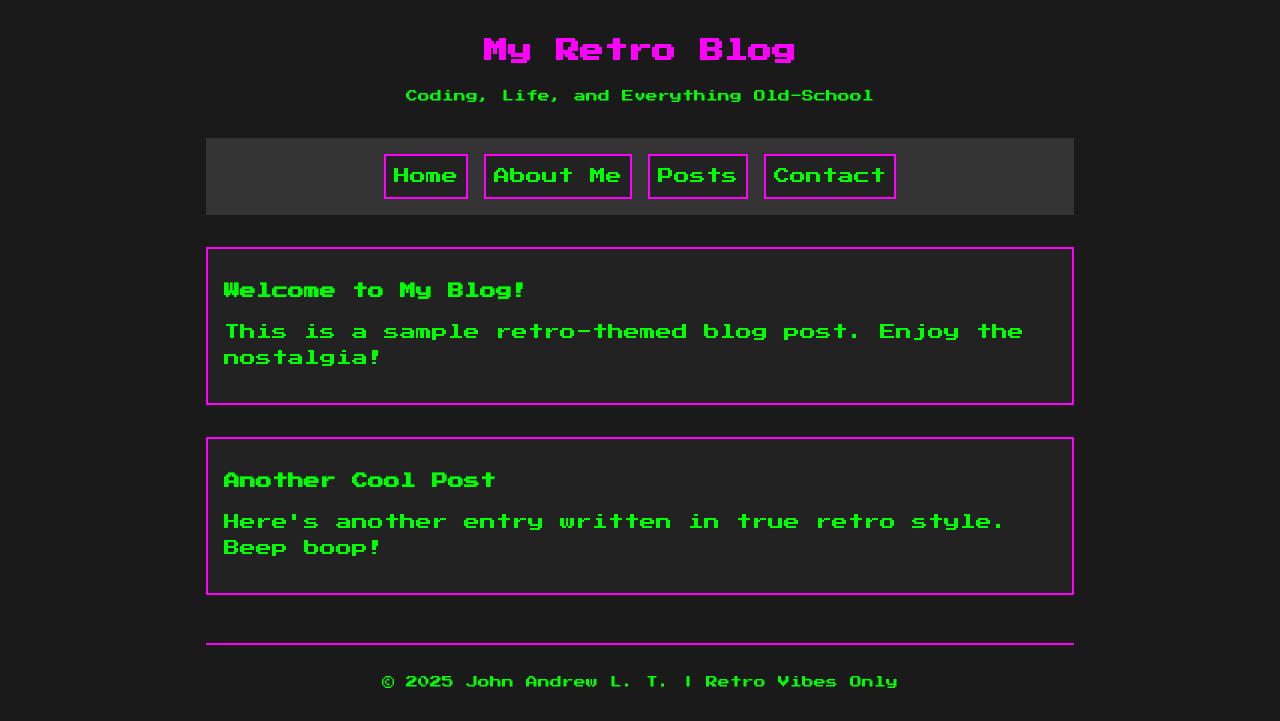
Repository: archarddeity/blog
Page: index.html
These files come from the project's save history. The page is drawn as it stood at one moment and after the next save; the edit follows.
The browser window is 1280 px wide. The pictures show the whole page.

Above is the page before, as saved 2025-05-04 17:38:15.

### index.html
<!DOCTYPE html>
<html lang="en">
<head>
  <meta charset="UTF-8" />
  <meta name="viewport" content="width=device-width, initial-scale=1.0"/>
  <title>My Retro Blog</title>
  <link rel="stylesheet" href="style.css" />
  <link href="https://fonts.googleapis.com/css2?family=Press+Start+2P&display=swap" rel="stylesheet">
</head>
<body>
  <div class="container">
    <header>
      <h1>My Retro Blog</h1>
      <p class="tagline">Coding, Life, and Everything Old-School</p>
    </header>

    <nav>
      <a href="#">Home</a>
      <a href="#">About Me</a>
      <a href="#">Posts</a>
      <a href="#">Contact</a>
    </nav>

    <main>
      <article>
        <h2>Welcome to My Blog!</h2>
        <p>This is a sample retro-themed blog post. Enjoy the nostalgia!</p>
      </article>

      <article>
        <h2>Another Cool Post</h2>
        <p>Here's another entry written in true retro style. Beep boop!</p>
      </article>
    </main>

    <footer>
      <p>&copy; 2025 John Andrew L. T. | Retro Vibes Only</p>
    </footer>
  </div>
</body>
</html>

### style.css
/* Retro Color Palette */
:root {
    --bg: #1a1a1a;
    --text: #00ff00;
    --accent: #ff00ff;
    --nav-bg: #333;
    --post-bg: #222;
  }

  * {
    box-sizing: border-box;
  }

  body {
    margin: 0;
    padding: 0;
    background-color: var(--bg);
    color: var(--text);
    font-family: 'Press Start 2P', monospace;
    line-height: 1.6;
  }

  .container {
    max-width: 900px;
    margin: auto;
    padding: 1rem;
  }

  header {
    text-align: center;
    margin-bottom: 2rem;
  }

  header h1 {
    font-size: 1.5rem;
    color: var(--accent);
  }

  .tagline {
    font-size: 0.75rem;
  }

  nav {
    background-color: var(--nav-bg);
    display: flex;
    flex-wrap: wrap;
    justify-content: center;
    gap: 1rem;
    padding: 1rem;
    margin-bottom: 2rem;
  }

  nav a {
    color: var(--text);
    text-decoration: none;
    padding: 0.5rem;
    background-color: var(--post-bg);
    border: 2px solid var(--accent);
  }

  main article {
    background-color: var(--post-bg);
    border: 2px solid var(--accent);
    padding: 1rem;
    margin-bottom: 2rem;
  }

  article h2 {
    font-size: 1rem;
    margin-bottom: 0.5rem;
  }

  footer {
    text-align: center;
    font-size: 0.75rem;
    margin-top: 3rem;
    border-top: 2px solid var(--accent);
    padding-top: 1rem;
  }

  /* Responsive Tweaks */
  @media (max-width: 600px) {
    header h1 {
      font-size: 1rem;
    }

    nav {
      flex-direction: column;
    }

    nav a {
      display: block;
      width: 100%;
      text-align: center;
    }

    article h2 {
      font-size: 0.9rem;
    }
  }

After the next save:
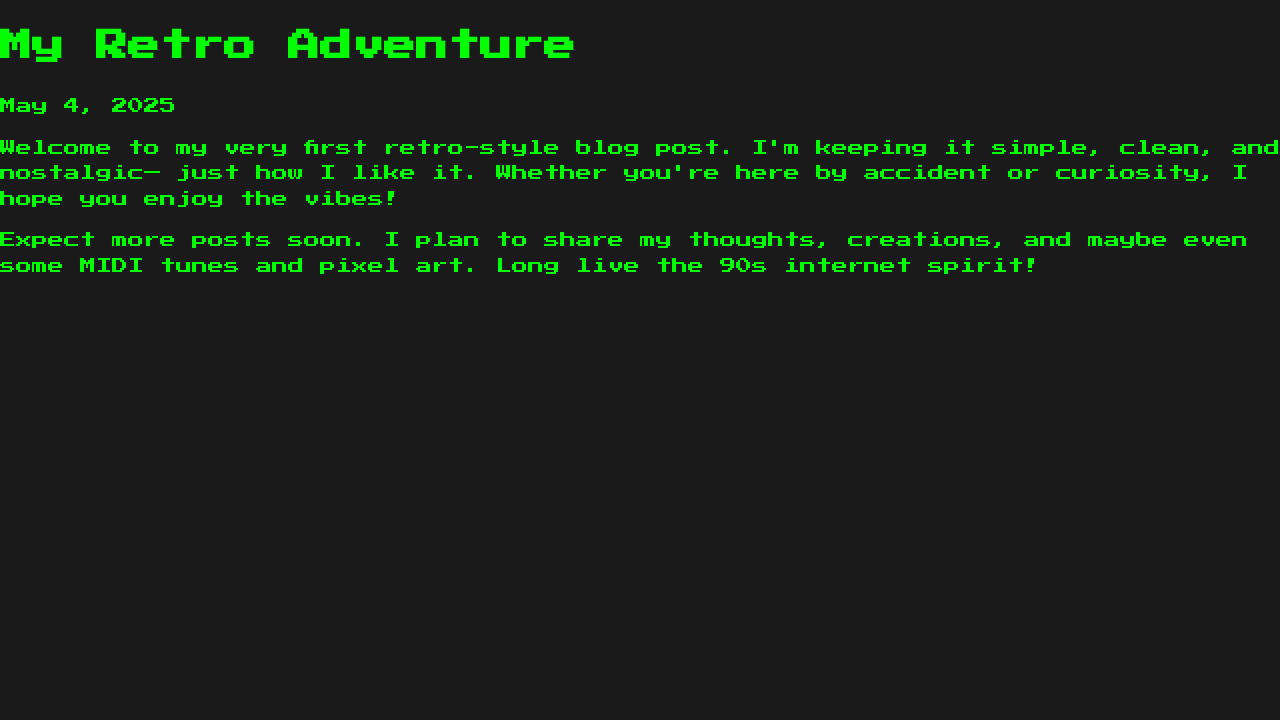
Saved 70 s later.
--- a/index.html
+++ b/index.html
@@ -3,39 +3,24 @@
 <head>
   <meta charset="UTF-8" />
   <meta name="viewport" content="width=device-width, initial-scale=1.0"/>
-  <title>My Retro Blog</title>
+  <title>My Retro Blog Post</title>
   <link rel="stylesheet" href="style.css" />
   <link href="https://fonts.googleapis.com/css2?family=Press+Start+2P&display=swap" rel="stylesheet">
 </head>
 <body>
-  <div class="container">
-    <header>
-      <h1>My Retro Blog</h1>
-      <p class="tagline">Coding, Life, and Everything Old-School</p>
-    </header>
-
-    <nav>
-      <a href="#">Home</a>
-      <a href="#">About Me</a>
-      <a href="#">Posts</a>
-      <a href="#">Contact</a>
-    </nav>
-
-    <main>
-      <article>
-        <h2>Welcome to My Blog!</h2>
-        <p>This is a sample retro-themed blog post. Enjoy the nostalgia!</p>
-      </article>
-
-      <article>
-        <h2>Another Cool Post</h2>
-        <p>Here's another entry written in true retro style. Beep boop!</p>
-      </article>
-    </main>
-
-    <footer>
-      <p>&copy; 2025 John Andrew L. T. | Retro Vibes Only</p>
-    </footer>
+  <div class="post-container">
+    <h1 class="post-title">My Retro Adventure</h1>
+    <p class="post-date">May 4, 2025</p>
+    <div class="post-content">
+      <p>
+        Welcome to my very first retro-style blog post. I'm keeping it simple, clean, and nostalgic—
+        just how I like it. Whether you're here by accident or curiosity, I hope you enjoy the vibes!
+      </p>
+      <p>
+        Expect more posts soon. I plan to share my thoughts, creations, and maybe even some MIDI tunes and pixel art.
+        Long live the 90s internet spirit!
+      </p>
+    </div>
   </div>
 </body>
 </html>
